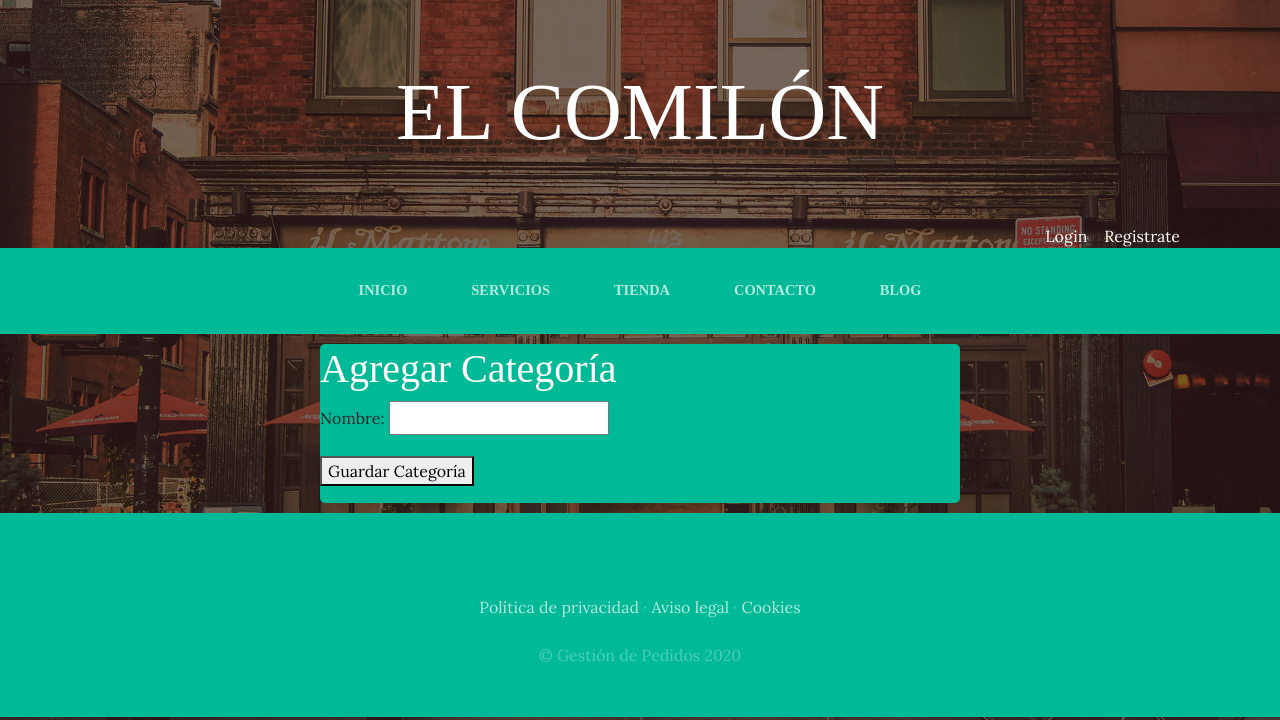
Repository: MatLarrea/Entrega_Elcomilon
Page: http://localhost/tienda/agregar_categoria/
These files come from the project's save history. The page is drawn as it stood at one moment and after the next save; the edit follows.
The browser window is 1280 px wide. The pictures show the whole page.
Backgrounds fixed to the window are drawn as part of the page. Some web fonts or font styles are not loaded; a fallback is used. The page is served by the project's application, run on Django 5.2 (manage.py). Other server files are loaded and not shown.

Above is the page before, as saved 2024-07-11 21:53:20.
Console error: TypeError: Cannot read properties of null (reading 'addEventListener')

### TiendaApp/templates/tienda/agregar_categoria.html
{% extends 'layouts/base.html'%}

{% load static %}


{% block content %}
<div class="formularioContacto">
    <h1 style="color: white;">Agregar Categoría</h1>
    <form method="post">
        {% csrf_token %}
        {{ form.as_p }}
        <button type="submit">Guardar Categoría</button>
    </form>
</div>
{% endblock%}

### Carrito/context_processor.py
from django.contrib import messages

def importe_total_carro(request):

    total = 0

    if request.user.is_authenticated:
        for key, value in request.session["carrito"].items():
            total = total + float(value["precio"])
    else:
        total = "Error"
    return {"importe_total_carro":total}

### Tienda_OnlineApp/templates/layouts/base.html
<html>

<head>


    {% load static %}
    <!-- Bootstrap -->
    <link href="{% static 'Tienda_OnlineApp/vendor/bootstrap/css/bootstrap.min.css' %}" rel="stylesheet">

    <!-- Fonts -->

    <link href="https://fonts.googleapis.com/css2?family=Raleway:wght@300&display=swap" rel="stylesheet">
    <link href="https://fonts.googleapis.com/css?family=Lora:400,400i,700,700i" rel="stylesheet">


    <!-- Styles -->
    <link href="{% static 'Tienda_OnlineApp/css/gestion.css' %}" rel="stylesheet">
</head>

<body>

    <h1 class="site-heading text-center text-white d-none d-lg-block">

        <span class="site-heading-lower">El comilón</span>
    </h1>

    <div style="text-align: right; margin-right: 100px; color: white;">

        {% if user.is_authenticated %}
           Bienvenido {{user.username}} &nbsp;&nbsp; <a href="{% url 'cerrar_sesion'%}" style="color: white;"> Cerrar sesión</a>
        {% else %}
            <a href="{% url 'logear' %}" style="color: white;">Login</a> &nbsp;&nbsp; <a href="{% url 'registro'%}" style="color: white;">Registrate</a>
        {% endif %}
    </div>
    <!-- Navbar -->
    <nav class="navbar navbar-expand-lg navbar-dark py-lg-4" id="mainNav">
        <div class="container">
            <a class="navbar-brand text-uppercase text-expanded font-weight-bold d-lg-none" href="home.html">Gestión de Pedidos
            </a>
            <button class="navbar-toggler" type="button" data-toggle="collapse" data-target="#navbarResponsive"
                aria-controls="navbarResponsive" aria-expanded="false" aria-label="Toggle navigation">
                <span class="navbar-toggler-icon"></span>
            </button>
            <div class="collapse navbar-collapse" id="navbarResponsive">
                <ul class="navbar-nav mx-auto">
                    <li class="nav-item {% if request.path == '/' %}active{% endif %} px-lg-4">
                        <a class="nav-link text-uppercase text-expanded" href="{% url 'home' %}">Inicio</a>
                    </li>
                    <li class="nav-item {% if request.path == '/servicios/' %}active{% endif %} px-lg-4">
                        <a class="nav-link text-uppercase text-expanded" href="{% url 'servicios' %}">Servicios</a>
                    </li>
                    <li class="nav-item {% if request.path == '/tienda/' %}active{% endif %} px-lg-4">
                        <a class="nav-link text-uppercase text-expanded" href="{% url 'tienda' %}">Tienda</a>
                    </li>
                    <li class="nav-item {% if request.path == '/contacto/' %}active{% endif %} px-lg-4">
                        <a class="nav-link text-uppercase text-expanded" href="{% url 'contacto' %}">Contacto</a>
                    </li>
                    <li class="nav-item {% if request.path|slice:':6' == '/blog/' %}active{% endif %} px-lg-4">
                        <a class="nav-link text-uppercase text-expanded" href="{% url 'blog' %}">Blog</a>
                    </li>
                    {% if user.is_superuser %}
                        <li class="nav-item {% if request.path == '/agregar_categoria/' %}active{% endif %} px-lg-4">
                            <a class="nav-link text-uppercase text-expanded" href="{% url 'agregar_categoria' %}">Administración</a>
                        </li>
                    {% endif %}
                </ul>
            </div>
        </div>
    </nav>

    <!-- Contenido de las paginas-->
    {% block content%}

    {% endblock %}

    <!-- Footer -->
    <footer class="footer text-faded text-center py-5">
        <div class="container">
            <p class="m-0">
                <a href="#" class="link">
                    <span class="fa-stack fa-lg">
                        <i class="fa fa-circle fa-stack-2x"></i>
                        <i class="fa fa-twitter fa-stack-1x fa-inverse"></i>
                    </span>
                </a>
                <a href="#" class="link">
                    <span class="fa-stack fa-lg">
                        <i class="fa fa-circle fa-stack-2x"></i>
                        <i class="fa fa-facebook fa-stack-1x fa-inverse"></i>
                    </span>
                </a>
                <a href="#" class="link">
                    <span class="fa-stack fa-lg">
                        <i class="fa fa-circle fa-stack-2x"></i>
                        <i class="fa fa-instagram fa-stack-1x fa-inverse"></i>
                    </span>
                </a>
            </p>
            <p class="m-0 mbt">
                <a href="sample.html" class="link">Política de privacidad</a> ·
                <a href="sample.html" class="link">Aviso legal</a> ·
                <a href="sample.html" class="link">Cookies</a>
            </p>
            <p class="m-0 mbt1">&copy; Gestión de Pedidos 2020</p>
        </div>
    </footer>

    <!-- Bootstrap -->
    <script src="{% static 'Tienda_OnlineApp/vendor/jquery/jquery.min.js' %}"></script>
    <script src="{% static 'Tienda_OnlineApp/vendor/bootstrap/js/bootstrap.bundle.min.js' %}"></script>
    <script src="{% static 'Tienda_OnlineApp/js/gestion.js' %}"></script>
</body>

</html>

### TiendaApp/forms.py
from django import forms
from .models import Categoria_producto

class CategoriaProductoForm(forms.ModelForm):
    class Meta:
        model = Categoria_producto
        fields = ['nombre']

### TiendaApp/models.py
from django.db import models

# Create your models here.
class Categoria_producto(models.Model):
    nombre = models.CharField(max_length=50)
    created = models.DateTimeField(auto_now_add=True)
    updated = models.DateTimeField(auto_now_add=True)

    class Meta:
        verbose_name = "categoria_producto"
        verbose_name_plural = "categorias_producto"

    def __str__(self):
        return self.nombre

class Producto(models.Model):
    nombre = models.CharField(max_length=50)
    precio = models.FloatField()
    categorias =  models.ForeignKey(Categoria_producto, on_delete=models.CASCADE)
    imagen = models.ImageField(upload_to="tienda", null=True, blank=True)
    disponibilidad = models.BooleanField(default=True)
    created = models.DateTimeField(auto_now_add=True)
    updated = models.DateTimeField(auto_now_add=True)

    class Meta:
        verbose_name = "producto"
        verbose_name_plural = "productos"

    def __str__(self):
        return self.nombre

### TiendaApp/views.py
from django.shortcuts import render, redirect
from .models import Producto
from .forms import CategoriaProductoForm

# Create your views here.
def tienda(request):
    productos = Producto.objects.all()
    return render(request, "tienda/tienda.html", {"productos":productos})

def agregar_categoria(request):
    if request.method == 'POST':
        form = CategoriaProductoForm(request.POST)
        if form.is_valid():
            form.save()
            return redirect('nombre_de_tu_vista_o_url')
    else:
        form = CategoriaProductoForm()
    return render(request, 'tienda/agregar_categoria.html', {'form': form})

### Tienda_Online/urls.py
"""
URL configuration for Tienda_Online project.

The `urlpatterns` list routes URLs to views. For more information please see:
    https://docs.djangoproject.com/en/5.0/topics/http/urls/
Examples:
Function views
    1. Add an import:  from my_app import views
    2. Add a URL to urlpatterns:  path('', views.home, name='home')
Class-based views
    1. Add an import:  from other_app.views import Home
    2. Add a URL to urlpatterns:  path('', Home.as_view(), name='home')
Including another URLconf
    1. Import the include() function: from django.urls import include, path
    2. Add a URL to urlpatterns:  path('blog/', include('blog.urls'))
"""
from django.contrib import admin
from django.urls import path, include
from django.conf import settings
from django.conf.urls.static import static

urlpatterns = [
    path('admin/', admin.site.urls),
    path('', include("Tienda_OnlineApp.urls")),
    path('servicios/', include("ServiciosApp.urls")),
    path('blog/', include("BlogApp.urls")),
    path('contacto/', include("ContactoApp.urls")),
    path('tienda/', include("TiendaApp.urls")),
    path('carrito/', include("Carrito.urls")),
    path('auth/', include("AutentificacionApp.urls")),
]

urlpatterns += static(settings.MEDIA_URL, document_root = settings.MEDIA_ROOT)

### ServiciosApp/urls.py
from django.urls import path
from . import views

urlpatterns = [
    path('', views.servicios, name="servicios"),
]

### BlogApp/urls.py
from django.urls import path
from . import views

urlpatterns = [
    path('', views.blog, name="blog"),
    path('categoria/<categoria_id>/', views.categoria, name="categoria"),
]

### ContactoApp/urls.py
from django.urls import path
from . import views

urlpatterns = [
    path('', views.contacto, name="contacto"),
]

### TiendaApp/urls.py
from django.urls import path
from . import views
from .views import agregar_categoria


urlpatterns = [
    path('', views.tienda, name="tienda"),
    path('agregar_categoria/', agregar_categoria, name='agregar_categoria'),
]

### Carrito/urls.py
from django.urls import path
from . import views

app_name = "ctienda"

urlpatterns = [

    path("agregar/<int:producto_id>/", views.agregar_producto, name="agregar"),
    path("eliminar/<int:producto_id>/", views.eliminar_producto, name="eliminar"),
    path("restar/<int:producto_id>/", views.restar_producto, name="restar"),
    path("limpiar/", views.limpiar_carrito, name="limpiar"),
]

### AutentificacionApp/urls.py
from django.urls import path
from .views import VRegistro, cerrar_sesion, logear



urlpatterns = [
    path('', VRegistro.as_view() , name="registro"),
    path('cerrar_sesion', cerrar_sesion, name="cerrar_sesion"),
    path('login', logear, name="logear"),
]

### Tienda_OnlineApp/static/Tienda_OnlineApp/css/gestion.css
body {
  font-family: 'Lora';
  background: linear-gradient(rgba(47, 23, 15, 0.65), rgba(47, 23, 15, 0.65)), url("../img/bg_mainn.jpg");
  background-attachment: fixed;
  background-position: center;
  background-size: cover;
}

h1,
h2,
h3,
h4,
h5,
h6 {
  font-family: 'Raleway';
}

p {
  line-height: 1.75;
}

.text-faded {
  color: rgba(255, 255, 255, 0.3);
}

.site-heading {
  margin-top: 5rem;
  margin-bottom: 5rem;
  text-transform: uppercase;
  line-height: 1;
  font-family: 'Raleway';
}

.site-heading .site-heading-upper {
  display: block;
  font-size: 2rem;
  font-weight: 800;
}

.site-heading .site-heading-lower {
  font-size: 5rem;
  font-weight: 100;
  line-height: 4rem;
}

.page-section {
  margin-top: 5rem;
  margin-bottom: 5rem;
}

.section-heading {
  text-transform: uppercase;
}

.section-heading .section-heading-upper {
  display: block;
  font-size: 1rem;
  font-weight: 800;
  padding-bottom: .5rem;

}

.section-heading .section-heading-lower {
  display: block;
  font-size: 3rem;
  font-weight: 100;
}


.section-heading .section-heading-under {
  display: block;
  font-size: 1rem;
  text-transform: none;
  font-weight: 300;
  margin-top: .5rem;
}

.bg-faded {
  background-color: rgba(255, 255, 255, 0.85);
}

#mainNav {
  background-color: rgb(0, 185, 151);
  font-family: 'Raleway';
}

#mainNav .navbar-brand {
  color: #ffffff;
}

#mainNav .navbar-nav .nav-item .nav-link {
  color: rgba(255, 255, 255, 0.7);
  font-weight: 800;
}

#mainNav .navbar-nav .nav-item.active .nav-link {
  color: #ffffff;
  text-decoration: underline;
}

@media (min-width: 992px) {
  #mainNav .navbar-nav .nav-item .nav-link {
    font-size: 0.9rem;
  }

  #mainNav .navbar-nav .nav-item .nav-link:hover {
    color: rgba(255, 255, 255, 0.4);
    text-decoration: underline;
  }

  #mainNav .navbar-nav .nav-item.active .nav-link:hover {
    color: #ffffff;
    text-decoration: underline;
  }
}

.btn-xl {
  font-weight: 700;
  font-size: 0.8rem;
  padding-top: 1.5rem;
  padding-bottom: 1.5rem;
  padding-left: 2rem;
  padding-right: 2rem;
}

.intro {
  position: relative;
}

@media (min-width: 992px) {
  .intro .intro-img {
    width: 75%;
    float: left;
  }

  .intro .intro-text {
    left: 600;
    width: 60%;
    margin-top: 3rem;
    background-color: rgb(0, 185, 151);
    color: cornsilk;
    position: absolute;
  }

  .intro .intro-text .intro-button {
    width: 100%;
    left: 0;
    position: absolute;
    bottom: -2rem;
  }
}

@media (min-width: 1200px) {
  .intro .intro-text {
    width: 45%;
  }
}

.cta {
  padding-top: 5rem;
  padding-bottom: 5rem;
  background-color: rgb(242, 245, 240);
}

.cta .cta-inner {
  position: relative;
  padding: 3rem;
  margin: 0.5rem;
  background-color: rgb(0, 185, 151);
  color: cornsilk;
}

.cta .cta-inner:before {
  border-radius: 0.5rem;
  content: '';
  position: absolute;
  top: -0.5rem;
  bottom: -0.5rem;
  left: -0.5rem;
  right: -0.5rem;
  border: 0.25rem solid rgba(255, 255, 255, 0.85);
}

.cta .cta-innerv {
  position: relative;
  padding: 3rem;
  margin: 0.5rem;
  background-color: rgba(255, 255, 255, 0.85);
}

@media (min-width: 992px) {
  .about-heading .about-heading-img {
    position: relative;
    z-index: 0;
  }

  .about-heading .about-heading-content {
    margin-top: -5rem;
    position: relative;
    z-index: 1;
  }
}

@media (min-width: 992px) {
  .product-item .product-item-title {
    position: relative;
    z-index: 1;
    margin-bottom: -3rem;
  }

  .product-item .product-item-img {
    position: relative;
    z-index: 0;
    max-width: 60vw;
  }

  .product-item .product-item-description {
    position: relative;
    z-index: 1;
    margin-top: -3rem;
    max-width: 50vw;
  }
}



@media (min-width: 992px) {
  .list-hours {
    width: 50%;
    font-size: 1.1rem;
  }
}

.address strong {
  font-size: 1.2rem;
}

.footer {
  background-color: rgb(0, 185, 151);
}



.btn {
  box-shadow: 0px 3px 3px 0px rgba(33, 37, 41, 0.1);
}



.font-weight-light {
  font-weight: 100 !important;
}

.mbtm {
  padding-top: 5rem;
}

.mbt {
  padding-top: 2rem;
}

.mbt1 {
  padding-top: 1.25rem;
}

a.link {
  color: rgba(255, 255, 255, 0.7);
}

a.link:hover {
  text-decoration: none;
  color: rgba(255, 255, 255, 0.4);
}

.section-content {
  font-family: 'Lora' !important;
  font-size: 16px !important;
  font-weight: 400 !important;
  line-height: 28px !important;
}

ul.errorlist {
  padding-top: .75rem;
  font-style: italic;
  color: red;
}

.linksCategorias{
  color: white !important;
  text-decoration: underline;
}

.linksCategorias:hover{
  text-decoration: none;
}

.formularioContacto{
  background-color:  rgb(0, 185, 151);
  margin: auto;
  width: 50%;
  margin: 10px auto;
  border-radius: 5px;
  padding: 1px 0px;
}

/*Mapa api*/

#encuentranos p{
  text-align: center;
}

#map{
  border-radius: 5rem;
  border-style: ridge;
  border-width: 1rem;
  border-color:  rgb(0, 185, 151);
  height: 30rem;
  width: 80%;
  margin: auto;
}

.texto-mapa{
  color: black;
  font-size: 2rem;
}

.mapa{
  background-color: #fff;
  padding-bottom: 5rem;
}

.clima button{

  text-decoration: none;
  color: #fff;
  border-color: black;
  max-width: 20rem;
  height: 2rem;
}

#resultado{
  background-color:   rgb(0, 185, 151);
  color: black;
  max-width: 15rem;
}

#inicio{
  margin: 1% 1%;
}

### Tienda_OnlineApp/static/Tienda_OnlineApp/js/gestion.js
//Creacion de ubicacion localizacion local google map api
let map;
async function initMap() {
  let coord  = {lat:-33.012516 ,lng:-71.549197 };
  const { Map } = await google.maps.importLibrary("maps");
  map = new Map(document.getElementById("map"), {
    center: coord,
    zoom: 16,
  });
  var marker = new google.maps.Marker({
    position: coord,
    map: map
});
}
initMap();


//Obtencion datos API openweathermap
let key = 'b2158dabed90c6c3a9797b6e96405750';
let ciudad = document.getElementById('city');
let boton = document.getElementById('btn');
let resultado = document.getElementById('resultado');
let get_weather = () => {
  let city_name = ciudad.value;
    let url = `https://api.openweathermap.org/data/2.5/weather?q=${city_name}&appid=${key}&units=metric`
    fetch(url).then((resp) => resp.json()).then(data => {
      console.log("la temperatura es " +(data.main.temp)+'°');
      console.log(data.weather[0].description);
      console.log(data);
      resultado.innerHTML = `<h2>${data.name} | ${data.main.temp+'°'}</h2>`
    });
}
boton.addEventListener('click',get_weather);

Loaded but not shown: Tienda_OnlineApp/urls.py (common file)

After the next save:
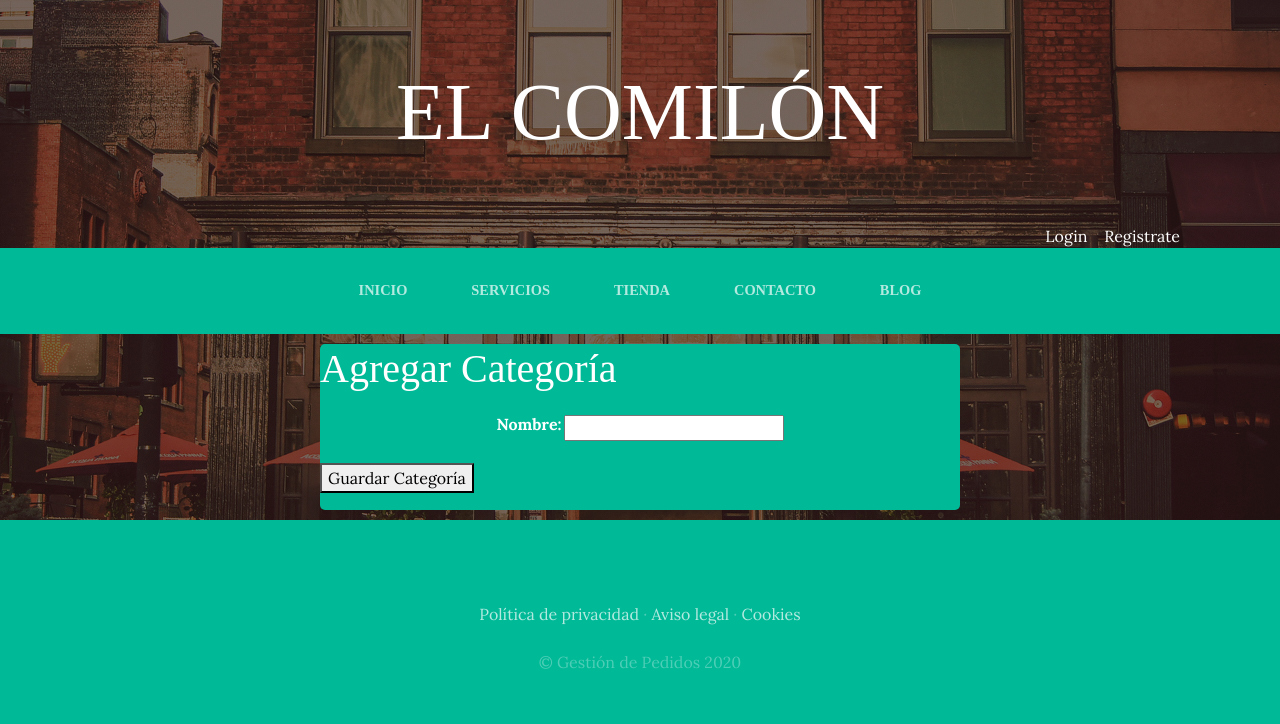
Saved 48 s later.
--- a/TiendaApp/templates/tienda/agregar_categoria.html
+++ b/TiendaApp/templates/tienda/agregar_categoria.html
@@ -8,7 +8,9 @@
     <h1 style="color: white;">Agregar Categoría</h1>
     <form method="post">
         {% csrf_token %}
-        {{ form.as_p }}
+        <table style="margin:20px auto; color: white;">
+        {{ form.as_table }}
+        </table>
         <button type="submit">Guardar Categoría</button>
     </form>
 </div>
